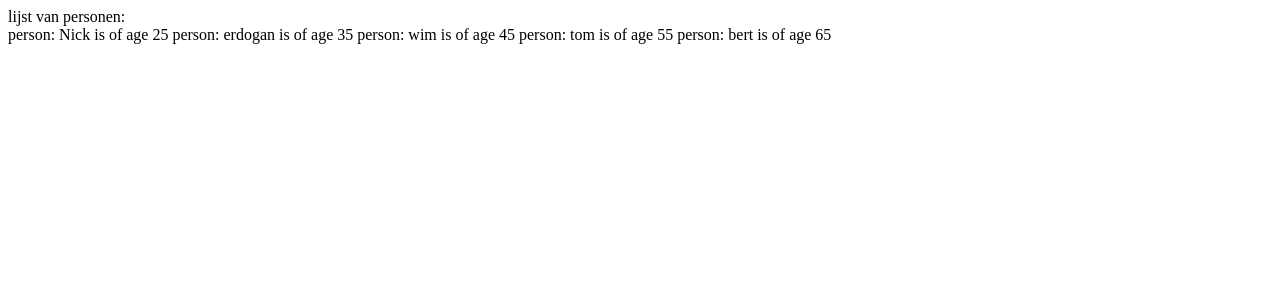
Repository: nickhanot/jee7-sample
Page: http://localhost/myFirstWebApp/people
The author's editor kept a copy of each file at every save. The page is drawn from the files as they stood at one save, then again after the next save.
The browser window is 1280 px wide. The pictures show the whole page.
The page is served by Tomcat 9. Other server files are loaded and not shown.

Above is the page before, as saved 2016-08-03 15:06:24.

### myFirstWebApp/WebContent/WEB-INF/people.jsp
<%@ taglib prefix="c" uri="http://java.sun.com/jsp/jstl/core" %>
<!DOCTYPE html>
<html>
	<head>
		<title>Insert title here</title>
	</head>
	<body>
		<div> lijst van personen:</div>
		<table>

		<c:forEach items="${myList}" var="item">
		<tr> person: ${item.name} is of age ${item.age}

		</tr>
		</c:forEach>
		</table>



	</body>
</html>

### myFirstWebApp/src/com/realdolmen/myfirstwebapp/PersonServlet.java
package com.realdolmen.myfirstwebapp;

import java.io.IOException;
import java.util.List;

import javax.servlet.RequestDispatcher;
import javax.servlet.ServletException;
import javax.servlet.annotation.WebServlet;
import javax.servlet.http.HttpServlet;
import javax.servlet.http.HttpServletRequest;
import javax.servlet.http.HttpServletResponse;

/**
 * Servlet implementation class PersonServlet
 */
@WebServlet("/people")
public class PersonServlet extends HttpServlet {
	private static final long serialVersionUID = 1L;
    public PersonServlet() {
        super();
        // TODO Auto-generated constructor stub
    }

	protected void doGet(HttpServletRequest request, HttpServletResponse response) throws ServletException, IOException {
		PersonService personService = new PersonService();
		List<Person> list = personService.findAll();
		RequestDispatcher requestDispatcher = request.getRequestDispatcher("/WEB-INF/people.jsp");
		request.setAttribute("myList", list);
		requestDispatcher.forward(request, response);

	}

	protected void doPost(HttpServletRequest request, HttpServletResponse response) throws ServletException, IOException {
	}

}

### myFirstWebApp/src/com/realdolmen/myfirstwebapp/PersonService.java
package com.realdolmen.myfirstwebapp;

import java.util.ArrayList;
import java.util.List;

public class PersonService {

	public PersonService() {
		super();
		generatePersonlist();
	}

	List<Person> list = new ArrayList <Person>();
	public void generatePersonlist() {

		list.add(new Person("Nick", new Adress ( "Schelle", "Koekoekstraat", 5), 25));
		list.add(new Person("erdogan", new Adress ( "reet", "Koekoekstraat", 5), 35));
		list.add(new Person("wim", new Adress ( "kontich", "Koekoekstraat", 5), 45));
		list.add(new Person("tom", new Adress ( "aartselaar", "Koekoekstraat", 5), 55));
		list.add(new Person("bert", new Adress ( "hemiksem", "Koekoekstraat", 5), 65));
	}

	public Person findById(int i) {
		return list.get(i);
	}

	public List<Person> findAll() {
		return list;
	}
}

### myFirstWebApp/src/com/realdolmen/myfirstwebapp/Person.java
package com.realdolmen.myfirstwebapp;

public class Person {
	String name;
	Adress adress;
	int age;
	public Person(String name, Adress adress, int age) {
		super();
		this.name = name;
		this.adress = adress;
		this.age = age;
	}
	public String getName() {
		return name;
	}
	public void setName(String name) {
		this.name = name;
	}
	public Adress getAdress() {
		return adress;
	}
	public void setAdress(Adress adress) {
		this.adress = adress;
	}
	public int getAge() {
		return age;
	}
	public void setAge(int age) {
		this.age = age;
	}



}

### myFirstWebApp/src/com/realdolmen/myfirstwebapp/Adress.java
package com.realdolmen.myfirstwebapp;

public class Adress {
	String city;
	String street;
	int nr;
	public Adress(String city, String street, int nr) {
		super();
		this.city = city;
		this.street = street;
		this.nr = nr;
	}
	public String getCity() {
		return city;
	}
	public void setCity(String city) {
		this.city = city;
	}
	public String getStreet() {
		return street;
	}
	public void setStreet(String street) {
		this.street = street;
	}
	public int getNr() {
		return nr;
	}
	public void setNr(int nr) {
		this.nr = nr;
	}


}

After the next save:
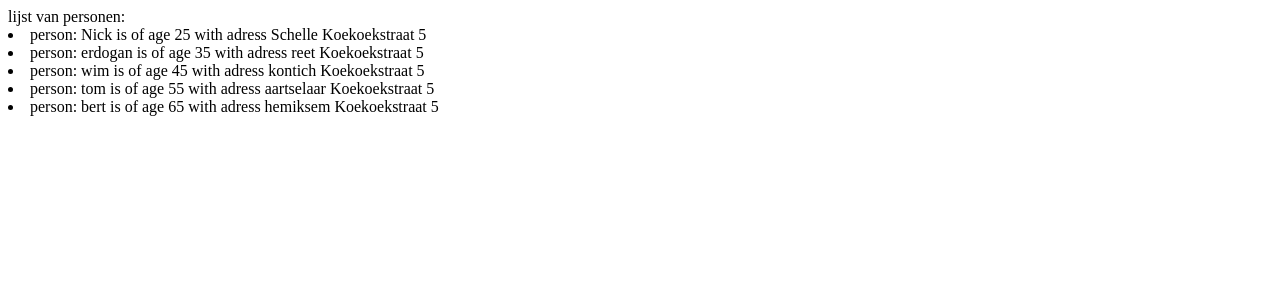
Saved 57 s later.
--- a/myFirstWebApp/WebContent/WEB-INF/people.jsp
+++ b/myFirstWebApp/WebContent/WEB-INF/people.jsp
@@ -6,14 +6,12 @@
 	</head>
 	<body>
 		<div> lijst van personen:</div>
-		<table>
 
 		<c:forEach items="${myList}" var="item">
-		<tr> person: ${item.name} is of age ${item.age}
+		<li> person: ${item.name} is of age ${item.age} with adress ${item.adress.city} ${item.adress.street} ${item.adress.nr}
 
-		</tr>
+		</li>
 		</c:forEach>
-		</table>
 
 
 
